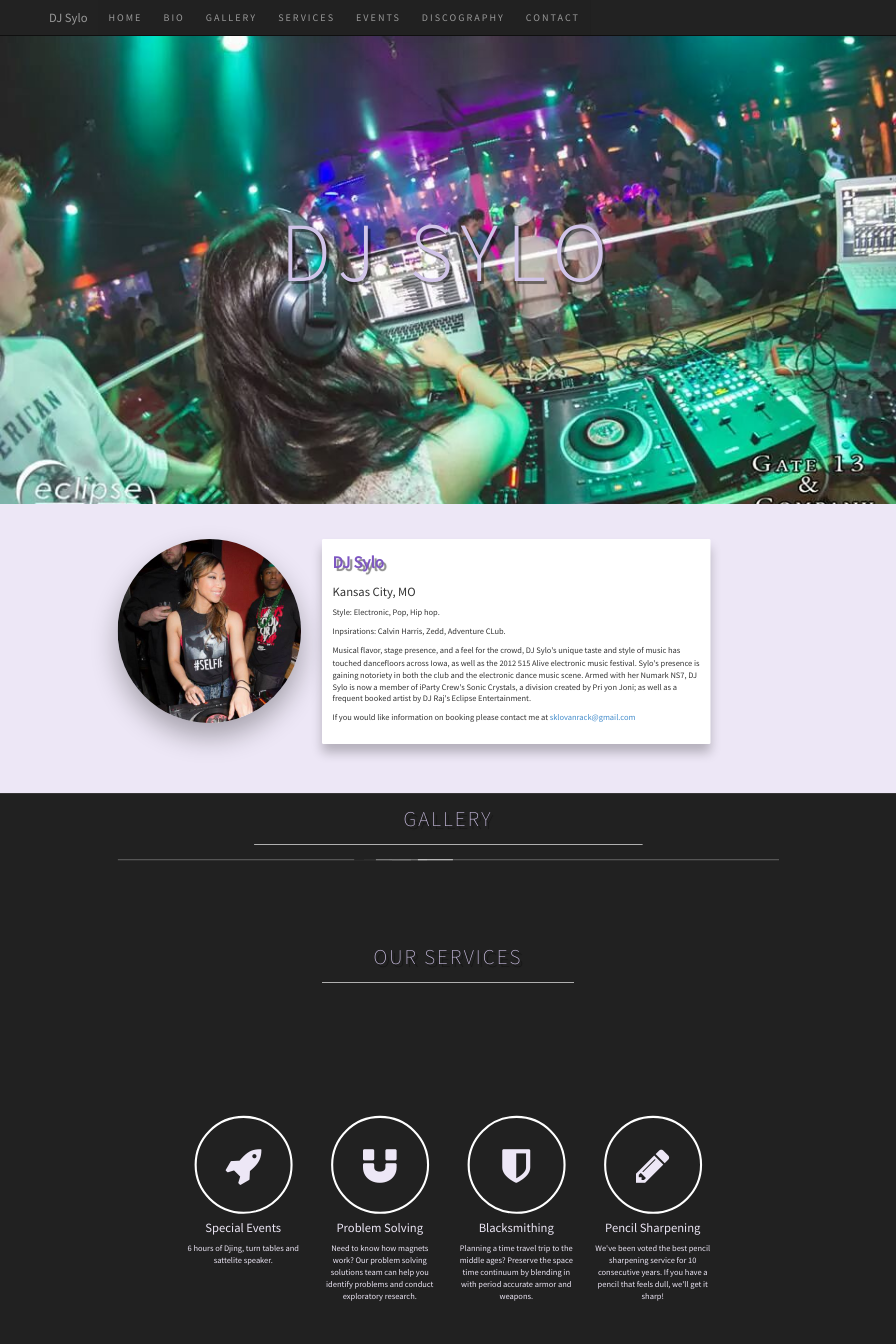
Repository: BambooXLotus/DjSylo
Page: client/index.html
The author's editor kept a record of every edit. The page is drawn from the files as they stood at one moment, then again after the next edit.
The browser window is 1280 px wide. The pictures show the part of the page from y = 0 to 1920 px (the page is 4049 px tall), at 70% of full size.
Pictures or frames that could not be fetched are drawn as grey boxes. Some icons come from a web library that is not loaded, so they are not drawn. Backgrounds fixed to the window are drawn as part of the page. Some web libraries are served in a nearby version.

Above is the page before.

### client/index.html
<!DOCTYPE html>
<html lang="en">

<head>
    <meta charset="utf-8">
    <meta name="viewport" content="width=device-width, initial-scale=1.0">
    <meta name="description" content="">
    <meta name="author" content="">
    <title>DJ Sylo</title>
    <!-- Bootstrap core CSS
        -->
    <link href="css/bootstrap.css" rel="stylesheet">
    <!-- Add custom CSS here -->
    <link href="css/stylish-portfolio.css" rel="stylesheet">
    <link href="//maxcdn.bootstrapcdn.com/font-awesome/4.1.0/css/font-awesome.min.css" rel="stylesheet">
    <link href="css/nanogallery.min.css" rel="stylesheet" type="text/css">
</head>

<body>
    <!-- Side Menu -->
    <nav class="navbar navbar-fixed-top navbar-inverse" role="navigation">
        <div class="container">
            <div class="navbar-header">
                <button type="button" class="navbar-toggle" data-toggle="collapse" data-target=".navbar-ex1-collapse">
                    <span class="sr-only">Toggle navigation</span>
                    <span class="icon-bar"></span>
                    <span class="icon-bar"></span>
                    <span class="icon-bar"></span>
                </button>
                <a class="navbar-brand" href="#top">DJ Sylo</a>
            </div>
            <!-- Collect the nav links, forms, and other content for toggling -->
            <div class="collapse navbar-collapse navbar-ex1-collapse">
                <ul class="nav navbar-nav">
                    <li>
                        <a href="#top">Home</a>
                    </li>
                    <li>
                        <a href="#about">Bio</a>
                    </li>
                    <li>
                        <a href="#gallery">Gallery</a>
                    </li>
                    <li>
                        <a href="#services">Services</a>
                    </li>
                    <li>
                        <a href="#portfolio">Events</a>
                    </li>
                    <li>
                        <a href="#portfolio">Discography</a>
                    </li>
                    <li>
                        <a href="#contact">Contact</a>
                    </li>
                </ul>
            </div>
            <!-- /.navbar-collapse -->
        </div>
        <!-- /.container -->
    </nav>
    <!-- /Side Menu -->
    <!-- Full Page Image Header Area -->
    <div id="top" class="header">
        <div class="vert-text">
            <div class="hero">
                <a href="#contact"><h1>DJ Sylo</h1></a>
            </div>
        </div>
    </div>
    <!-- /Full Page Image Header Area -->
    <!-- Intro -->
    <div id="about" class="about">
        <div class="container">
            <div class="row">
                <div class="col-md-3 col-md-offset-1">
                    <img class="img-circle img-responsive circle-shadow" src="img/portrait-sm.jpg">
                </div>
                <div class="col-md-6 col-xs-12">
                    <div class="panel panel-default dialog">
                        <div class="panel-heading">
                            <h3>DJ Sylo</h3>
                        </div>
                        <div class="panel-body">
                            <h4>Kansas City, MO</h4>
                            <p>Style: Electronic, Pop, Hip hop.</p>
                            <p>Inpsirations: Calvin Harris, Zedd, Adventure CLub.</p>
                            <p>Musical flavor, stage presence, and a feel for the crowd, DJ Sylo's unique taste and style of music has touched dancefloors across Iowa, as well as the 2012 515 Alive electronic music festival. Sylo's presence is gaining notoriety
                                in both the club and the electronic dance music scene. Armed with her Numark NS7, DJ Sylo is now a member of iParty Crew's Sonic Crystals, a division created by Pri yon Joni; as well as a frequent booked artist by DJ Raj's
                                Eclipse Entertainment.</p>
                            <p>If you would like information on booking please contact me at <a href="sklovanrack@gmail.com">sklovanrack@gmail.com</a>
                            </p>
                        </div>
                    </div>
                </div>
            </div>
        </div>
    </div>
    <!-- /Intro -->
    <!-- Gallery -->
    <div id="gallery" class="gallery">
        <div class="container">
            <div class="row">
                <div class="col-md-6 col-md-offset-3 text-center">
                    <h2>Gallery</h2>
                    <hr>
                </div>
            </div>
            <div class="row">
                <div class="col-md-10 col-md-offset-1 col-xs-12 text-center">
                    <div id="nanoGallery2"></div>
                </div>
            </div>
        </div>
    </div>
    <!-- /Gallery -->
    <!-- Services -->
    <div id="services" class="services">
        <div class="container">
            <div class="row">
                <div class="col-md-4 col-md-offset-4 text-center">
                    <h2>Our Services</h2>
                    <hr>
                </div>
            </div>
            <div class="row">
                <div class="col-md-offset-3 col-md-6">
                    <iframe width="100%" height="166" scrolling="no" frameborder="no" src="https://w.soundcloud.com/player/?url=https%3A//api.soundcloud.com/tracks/160960689&amp;color=ff5500&amp;auto_play=false&amp;hide_related=false&amp;show_comments=true&amp;show_user=true&amp;show_reposts=false"></iframe>
                </div>
            </div>
            <div class="row">
                <div class="col-md-2 col-md-offset-2 text-center">
                    <div class="service-item">
                        <i class="service-icon fa fa-rocket"></i>
                        <h4>Special Events</h4>
                        <p>6 hours of Djing, turn tables and sattelite speaker.</p>
                    </div>
                </div>
                <div class="col-md-2 text-center">
                    <div class="service-item">
                        <i class="service-icon fa fa-magnet"></i>
                        <h4>Problem Solving</h4>
                        <p>Need to know how magnets work? Our problem solving solutions team can help you identify problems and conduct exploratory research.</p>
                    </div>
                </div>
                <div class="col-md-2 text-center">
                    <div class="service-item">
                        <i class="service-icon fa fa-shield"></i>
                        <h4>Blacksmithing</h4>
                        <p>Planning a time travel trip to the middle ages? Preserve the space time continuum by blending in with period accurate armor and weapons.</p>
                    </div>
                </div>
                <div class="col-md-2 text-center">
                    <div class="service-item">
                        <i class="service-icon fa fa-pencil"></i>
                        <h4>Pencil Sharpening</h4>
                        <p>We've been voted the best pencil sharpening service for 10 consecutive years. If you have a pencil that feels dull, we'll get it sharp!</p>
                    </div>
                </div>
            </div>
        </div>
    </div>
    <!-- /Services -->
    <!-- Callout -->
    <div class="callout">
        <div class="vert-text">
            <h1>DJ Sylo</h1>
        </div>
    </div>
    <!-- /Callout -->
    <!-- Portfolio -->
    <div id="portfolio" class="portfolio">
        <div class="container">
            <div class="row">
                <div class="col-md-4 col-md-offset-4 text-center">
                    <h2>Events</h2>
                    <hr>
                </div>
            </div>
            <div class="row">
                <div class="col-md-5 col-md-offset-1">
                    <div class="panel card fixed-card">
                        <div class="card-heading">
                            <h3 class="panel-title">Joker's</h3>
                            <h4 class="panel-title stickyBottom">Des Moines - Iowa</h4>
                            <a href="https://www.facebook.com/jokersdsm">
                                <img class="img-portfolio img-responsive" src="img/Events/wompgiving2014.jpg">
                            </a>
                        </div>
                        <div class="panel-body">
                            <h4>November 26th Wednesday</h4>
                            <span>Bottomless Cup 9PM-12PM</span>
                            <span>$2 Bottles 9PM-12AM</span>
                            <span>$2 Tequila & Fireball all night</span>
                        </div>
                    </div>
                </div>
                <div class="col-md-5">
                    <div class="panel card fixed-card">
                        <div class="card-heading">
                            <h3 class="panel-title">Jokers</h3>
                            <h4 class="panel-title stickyBottom">Cedarfalls - Iowa</h4>
                            <img class="img-portfolio img-responsive" src="img/portfolio-2.jpg">
                        </div>
                        <div class="panel-body">
                            <h4>Dec 26th Wednesday</h4>
                            <h5>Cats Named Remmy Drink Free</h5>
                        </div>
                    </div>
                </div>
            </div>
            <div class="row">
                <div class="col-md-5 col-md-offset-1">
                    <div class="panel card fixed-card">
                        <div class="card-heading">
                            <h3 class="panel-title">Cafe Mood</h3>
                            <h4 class="panel-title stickyBottom">Ames - Iowa</h4>
                            <img class="img-portfolio img-responsive" src="img/portfolio-3.jpg">
                        </div>
                        <div class="panel-body">
                            <h4>Dec 26th Wednesday</h4>
                        </div>
                    </div>
                </div>
                <div class="col-md-5">
                    <div class="panel card fixed-card">
                        <div class="card-heading">
                            <h3 class="panel-title">Hotel</h3>
                            <h4 class="panel-title stickyBottom">Kansas City - Missouri</h4>
                            <img class="img-portfolio img-responsive" src="img/portfolio-4.jpg">
                        </div>
                        <div class="panel-body">
                            <h4>Dec 26th Wednesday</h4>
                            <h5>Located in the Power and Light district.</h5>
                        </div>
                    </div>
                </div>
            </div>
        </div>
    </div>
    <!-- /Portfolio -->
    <!-- Map -->
    <div id="contact">
        <div class="container">
            <div class="row">
                <div class="col-md-6 col-md-offset-3">
                    <h3>Contact</h3>
                    <hr>
                    <address>
                            <strong>Email:</strong>
                            <a href="mailto:#">sklovanrack@gmail.com</a>
                            <br>
                            <br>
                            <strong>Phone:</strong>(515) 329-2323</address>
                </div>
            </div>
            <div>
                <div class="col-md-6 col-md-offset-3 contact-form">
                    <form id="contact" method="post" class="form" role="form">
                        <div class="row">
                            <div class="col-xs-6 col-md-6 form-group">
                                <input class="form-control" id="name" name="name" placeholder="Name" type="text" />
                            </div>
                            <div class="col-xs-6 col-md-6 form-group">
                                <input class="form-control" id="email" name="email" placeholder="Email" type="email" required />
                            </div>
                        </div>
                        <textarea class="form-control" id="message" name="message" placeholder="Message" rows="5"></textarea>
                        <br />
                        <div class="row">
                            <div class="col-xs-12 col-md-12 form-group">
                                <button class="btn btn-primary pull-right" type="submit">Submit</button>
                            </div>
                        </div>
                    </form>
                </div>
            </div>
        </div>
    </div>
    <!-- /Map -->
    <!-- Footer -->
    <footer>
        <div class="container">
            <div class="row">
                <div class="col-md-6 col-md-offset-3 text-center">
                    <ul class="list-inline">
                        <li>
                            <a class="fa fa-facebook fa-3x" href="https://www.facebook.com/DJSyloSonicCrystals"></a>
                        </li>
                        <li>
                            <i class="fa fa-twitter fa-3x"></i>
                        </li>
                        <li>
                            <i class="fa fa-instagram fa-3x"></i>
                        </li>
                        <li>
                            <a class="fa fa-soundcloud fa-3x" href="https://soundcloud.com/bambooproduction/sets"></a>
                        </li>
                    </ul>
                    <div class="top-scroll">
                        <a href="#top"><i class="fa fa-circle-arrow-up scroll fa-4x"></i></a>
                    </div>
                    <hr>
                    <p>Copyright &copy; Bamboo Lotus 2014</p>
                </div>
            </div>
        </div>
    </footer>
    <!-- /Footer -->
    <!-- JavaScript -->
    <script src="js/jquery-1.10.2.js"></script>
    <script src="js/bootstrap.js"></script>
    <script src="js/jquery.fittext.js"></script>
    <!-- nanoGALLERY plugin files -->
    <script type="text/javascript" src="js/jquery.nanogallery.min.js"></script>
    <!-- Custom JavaScript for the Side Menu and Smooth Scrolling
        -->
    <script>
        $("#menu-close").click(function(e) {
            e.preventDefault();
            $("#sidebar-wrapper").toggleClass("active");
        });
    </script>
    <script>
        $("#menu-toggle").click(function(e) {
            e.preventDefault();
            $("#sidebar-wrapper").toggleClass("active");
        });
    </script>
    <script>
        $(function() {
            $('a[href*=#]:not([href=#])').click(function() {
                if (location.pathname.replace(/^\//, '') == this.pathname.replace(/^\//, '') || location.hostname == this.hostname) {

                    var target = $(this.hash);
                    target = target.length ? target : $('[name=' + this.hash.slice(1) + ']');
                    if (target.length) {
                        $('html,body').animate({
                            scrollTop: target.offset().top
                        }, 1000);
                        return false;
                    }
                }
            });

            $("#nanoGallery2").nanoGallery({
                thumbnailWidth: 'auto',
                thumbnailHeight: 200,
                userID: 'derensomsanith@gmail.com',
                kind: 'picasa',
                album: '6020738059883313137',
                colorSchemeViewer: 'light',
                thumbnailHoverEffect: [{
                    name: 'labelAppear75',
                    duration: 300
                }],
                thumbnailGutterWidth: 1,
                thumbnailGutterHeight: 1,
                i18n: {
                    thumbnailImageDescription: 'View Photo',
                    thumbnailAlbumDescription: 'Open Album'
                },
                thumbnailLabel: {
                    display: true,
                    position: 'overImageOnMiddle',
                    align: 'center'
                },
                photoSorting: 'random',
                lazyBuild: 'none',
                lazyBuildTreshold: 300
            });

            $("#responsive-text").fitText();
        });

        (function(i, s, o, g, r, a, m) {
            i['GoogleAnalyticsObject'] = r;
            i[r] = i[r] || function() {
                (i[r].q = i[r].q || []).push(arguments)
            }, i[r].l = 1 * new Date();
            a = s.createElement(o),
                m = s.getElementsByTagName(o)[0];
            a.async = 1;
            a.src = g;
            m.parentNode.insertBefore(a, m)
        })(window, document, 'script', '//www.google-analytics.com/analytics.js', 'ga');

        ga('create', 'UA-56532059-1', 'auto');
        ga('send', 'pageview');
    </script>
</body>

</html>

### client/css/stylish-portfolio.css
/* Global Styles */

@import url(http://fonts.googleapis.com/css?family=Source+Sans+Pro:100,200,300,400);
html,
body {
  height: 100%;
  width: 100%;
  font-family: 'Source Sans Pro', sans-serif;
  font-size: 12px;
}

h1, h2 {
  color: #D1C4E9;
    text-shadow: 4px 4px 1px rgba(0, 0, 0, 0.45);
    text-transform: uppercase;
    font-weight: 100;
    letter-spacing: .1em;
}

h3 {
  color: #7E57C2;
  text-shadow: 4px 4px 1px rgba(0, 0, 0, 0.45);
  font-weight: bold;
}
.vert-text {
    display: table-cell;
    vertical-align: middle;
    text-align: center;
}
.vert-text h1 {
    padding: 0;
    margin: 0;
    font-size: 10em;
    font-weight: 300;
}
/* Link Styles */

a:link {
  text-decoration: none;
}
a:visited {
  text-decoration: none;
}
a:hover {
  text-decoration: none;
}
a:active {
  text-decoration: none;
}
/* Side Menu */

.nav{
    background-color: #212121;
    text-transform: uppercase;
    letter-spacing: .2em;
    font-size: 1.2em;
    font-weight: 400;
}

#sidebar-wrapper {
  margin-right: -250px;
  right: 0;
  width: 250px;
  background: #000;
  position: fixed;
  height: 100%;
  overflow-y: auto;
  z-index: 1000;
  -webkit-transition: all 0.4s ease 0s;
  -moz-transition: all 0.4s ease 0s;
  -ms-transition: all 0.4s ease 0s;
  -o-transition: all 0.4s ease 0s;
  transition: all 0.4s ease 0s;
}
.sidebar-nav {
  position: absolute;
  top: 0;
  width: 250px;
  list-style: none;
  margin: 0;
  padding: 0;
}
.sidebar-nav li {
  line-height: 40px;
  text-indent: 20px;
}
.sidebar-nav li a {
  color: #999999;
  display: block;
  text-decoration: none;
}
.sidebar-nav li a:hover {
  color: #fff;
  background: rgba(255, 255, 255, 0.2);
  text-decoration: none;
}
.sidebar-nav li a:active,
.sidebar-nav li a:focus {
  text-decoration: none;
}
.sidebar-nav > .sidebar-brand {
  height: 55px;
  line-height: 55px;
  font-size: 18px;
}
.sidebar-nav > .sidebar-brand a {
  color: #999999;
}
.sidebar-nav > .sidebar-brand a:hover {
  color: #fff;
  background: none;
}
#menu-toggle {
  top: 0;
  right: 0;
  position: fixed;
  z-index: 1;
}
#sidebar-wrapper.active {
  right: 250px;
  width: 250px;
  -webkit-transition: all 0.4s ease 0s;
  -moz-transition: all 0.4s ease 0s;
  -ms-transition: all 0.4s ease 0s;
  -o-transition: all 0.4s ease 0s;
  transition: all 0.4s ease 0s;
}
.toggle {
  margin: 5px 5px 0 0;
}
/* Full Page Image Header Area */

.header {
  display: table;
  height: 100%;
  width: 100%;
  position: relative;
  background: url(../img/DJSyloJumbotron.jpeg) no-repeat center center fixed;
  -webkit-background-size: cover;
  -moz-background-size: cover;
  -o-background-size: cover;
  background-size: cover;
}
/* Intro */

.intro {
  padding: 50px 0;
}
/* About */

.about {
  background: #EDE7F6;
  padding: 50px 0;
}
/* Gallery */

.gallery {
  background: #212121;
}
/* Services */

.services {
  background: #212121;
  padding: 50px 0;
  color: #EDE7F6;
}
.service-item {
  margin-bottom: 15px;
}
i.service-icon {
  border: 3px solid #ffffff;
  border-radius: 50%;
  display: inline-block;
  font-size: 56px;
  width: 140px;
  height: 140px;
  line-height: 136px;
  vertical-align: middle;
  text-align: center;
}
/* Callout */

.callout {
  color: #ffffff;
  display: table;
  height: 400px;
  width: 100%;
  background: url(../img/callout_DJSylo.jpeg) no-repeat center center fixed;
  -webkit-background-size: cover;
  -moz-background-size: cover;
  -o-background-size: cover;
  background-size: cover;
}
/* Portfolio */

.portfolio {
  padding: 50px 0;
}
.portfolio-item {
  margin-bottom: 25px;
}
.img-portfolio {
  margin: 0 auto;
}
/* Map */

.map {
  height: 500px;
}
/* Footer */

footer {
  padding: 100px 0;
}
.top-scroll {
  margin-top: 50px;
}
.top-scroll a {
  text-decoration: none;
  color: inherit;
}
i.scroll {
  color: #333333;
}
i.scroll:hover {
  color: #0a5175;
}
/* Responsive */

@media (max-width: 768px) {
  .header {
    background: url(../img/DJSyloJumbotron.jpeg) no-repeat center center scroll;
  }
  .callout {
    background: url(../img/callout_DJSylo.jpeg) no-repeat center center scroll;
  }
  .map {
    height: 75%;
  }
}
html,
body {
  height: 100%;
}
.carousel,
.item,
.active {
  height: 100%;
}
.carousel-inner {
  height: 100%;
}
.fill {
  width: 100%;
  height: 100%;
  background-position: center;
  background-size: cover;
}
/* faster sliding speed */

.carousel-inner > .item {
  -webkit-transition: 0.3s ease-in-out left;
  -moz-transition: 0.3s ease-in-out left;
  -o-transition: 0.3s ease-in-out left;
  transition: 0.3s ease-in-out left;
}
/* keep full widget on smaller screens */

@media (max-width: 767px) {
  body {
    padding-left: 0;
    padding-right: 0;
  }
}
#galleryContainer {
  background: #DDD;
  max-width: 1000px;
  max-height: 500px;
}
.item img {
  width: 50%;
}
.item.w2 {
  width: 25%;
}
.circle-shadow {
  box-shadow: 0 19px 38px rgba(0, 0, 0, 0.30);
}
/* Card, Dialog */

.card,
.dialog {
  border-radius: 2px;
  border: 0px;
  position: relative;
  display: inline-block;
  vertical-align: top;
  background-color: #fff;
  box-shadow: 0 12px 15px 0 rgba(0, 0, 0, 0.24);
}
.fixed-card {
  max-width: 400px;
  max-height: 400px;
}
.panel:hover .panel-title {
  background: #e91e63;
}
.panel-title {
  position: absolute;
  background: rgba(34, 34, 34, 0.6);
  color: White;
  padding: 5px;
  z-index: 3;
  -webkit-transition: all .6s ease-in-out;
  -moz-transition: all .6s ease-in-out;
  -o-transition: all .6s ease-in-out;
  -ms-transition: all .6s ease-in-out;
  transition: all .6s ease-in-out;
}
.panel-default > .panel-heading {
  border-radius: 0;
  background: transparent;
  border: 0px;
}
.panel-heading {
  padding: 0px 15px;
}
.panel-body {
  padding: 0px 15px;
  padding-bottom: 20px;
}
.card-heading {
  border-radius: 0;
  background: transparent;
  overflow: hidden;
  padding: 0px;
  border-bottom: 0px;
}

.fill {
    display:flex;
    justify-content:center;
    align-items:center;
    overflow:hidden
}
.fill img {
    flex-shrink:0;
    min-width:100%;
    min-height:100%
}
.stickyBottom {
  position: absolute;
  bottom: 0;
  left: 0;
}

Loaded but not shown: client/css/bootstrap.css (library); client/css/nanogallery.min.css (library); client/js/jquery-1.10.2.js (library); client/js/bootstrap.js (library); client/js/jquery.fittext.js (common file); client/js/jquery.nanogallery.min.js (library)

After the next edit:
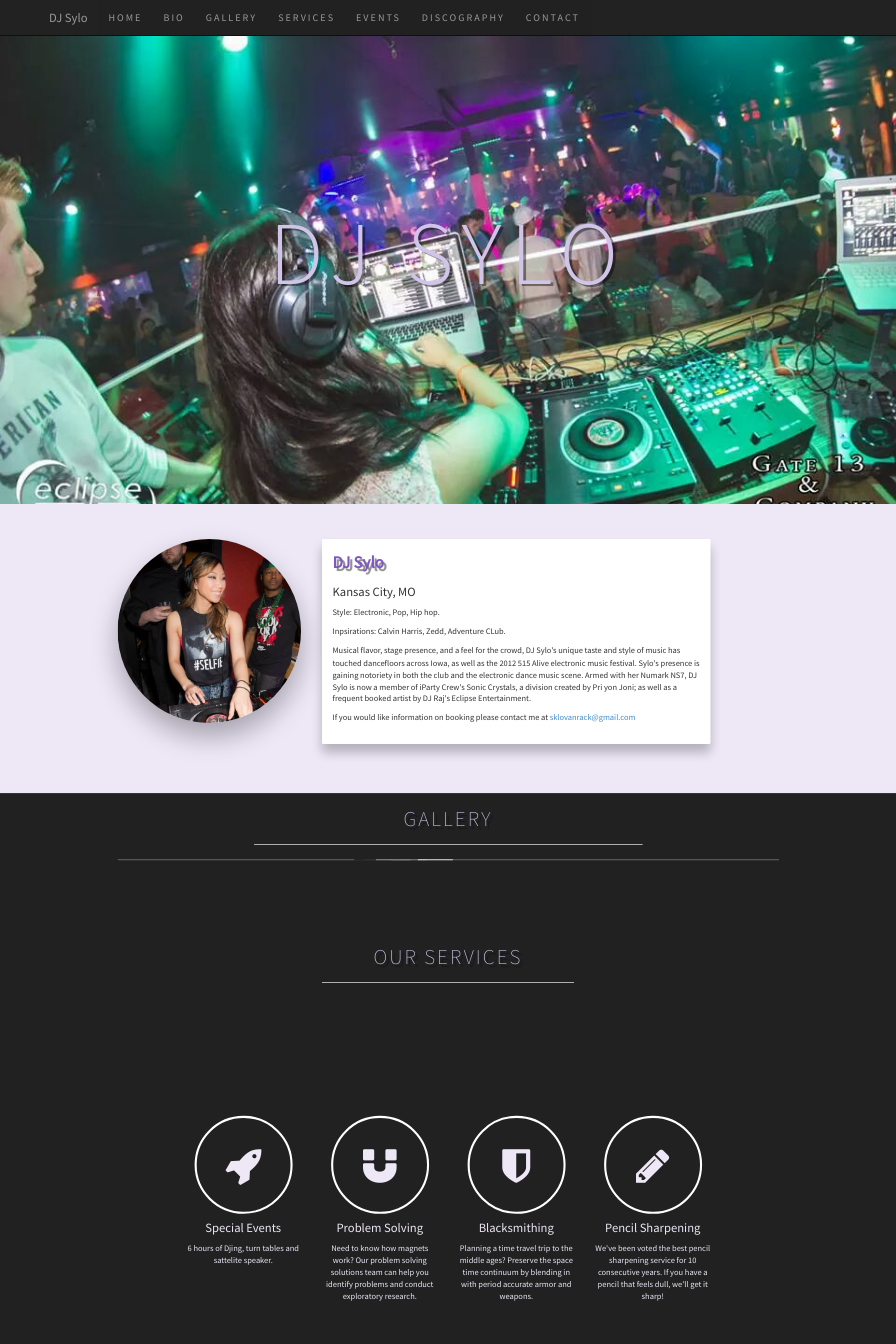
The edit:
--- a/client/index.html
+++ b/client/index.html
@@ -64,7 +64,7 @@
     <div id="top" class="header">
         <div class="vert-text">
             <div class="hero">
-                <a href="#contact"><h1>DJ Sylo</h1></a>
+                <a href="#contact"><h1 id="responsive-text">DJ Sylo</h1></a>
             </div>
         </div>
     </div>
